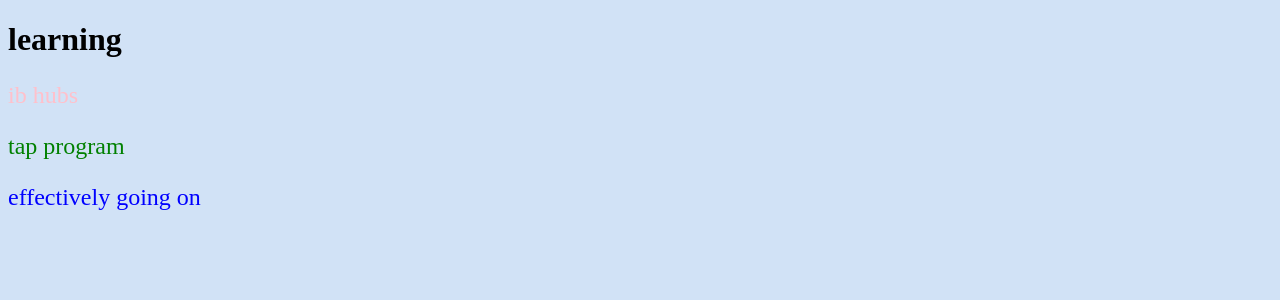
Repository: pranavi481/Assignments
Page: styles.html
The author's editor kept a record of every edit. The page is drawn from the files as they stood at one moment, then again after the next edit.
The browser window is 1280 px wide. The pictures show the whole page.

Above is the page before.

After the next edit:
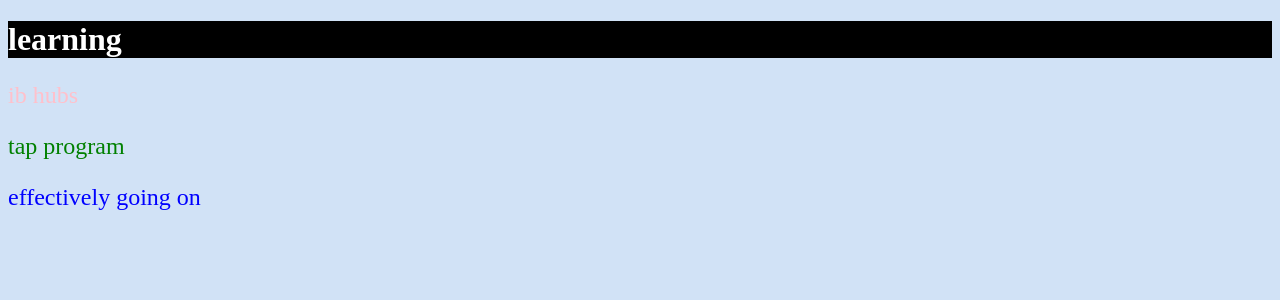
The edit:
--- a/styles.html
+++ b/styles.html
@@ -4,7 +4,9 @@
         <meta charset ="utf-8">
         <title> learning </title>
         <style>
-           h {color:black;}
+           h1 {background-color:black;
+               color: white;
+           }
            p  { color:red;}
            body {
                background-color: #d1e2f6;
